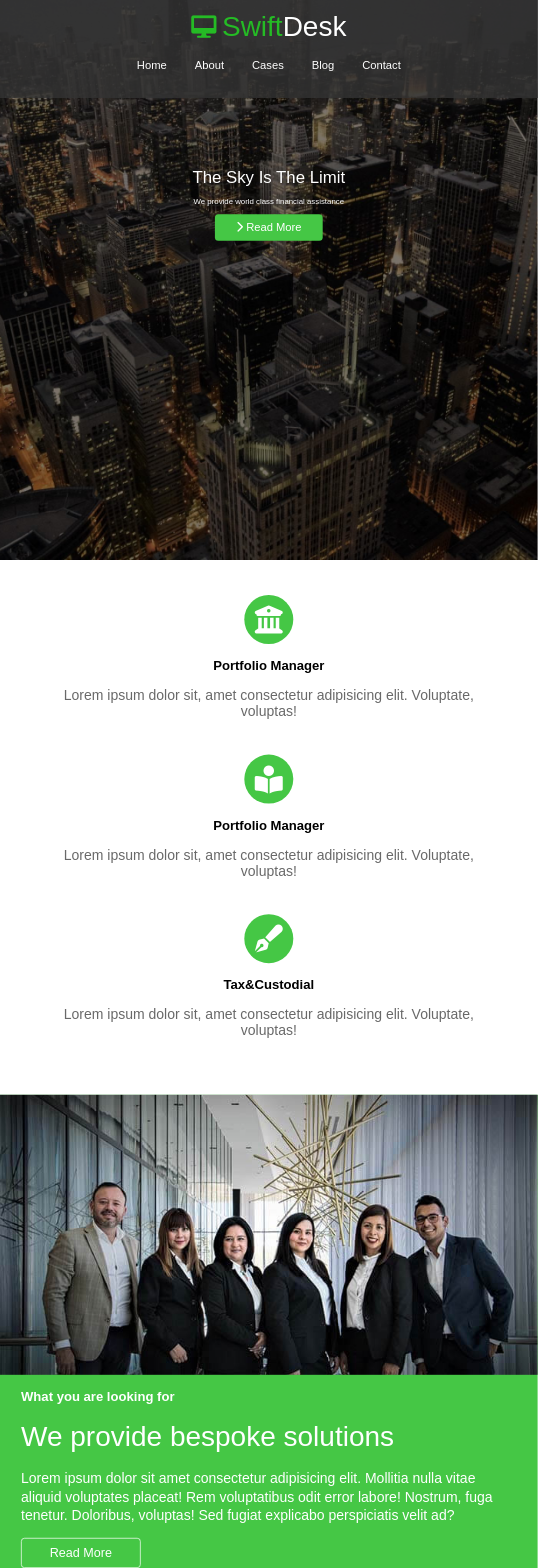
Repository: reemoon-ctrl/swiftdisk-Website-Flexbox
Page: index.html
These files come from the project's save history. The page is drawn as it stood at one moment and after a run of saves; the edit follows.
The browser window is 768 px wide. The page is 788 px wide, so the pictures cover 788 px, including what lies to the right of the window. The pictures show the part of the page from y = 0 to 2240 px (the page is 7003 px tall), at 70% of full size.
Some web fonts or font styles are not loaded; a fallback is used.

Above is the page before, as saved 2024-07-28 11:42:54.

After the next 2 saves:
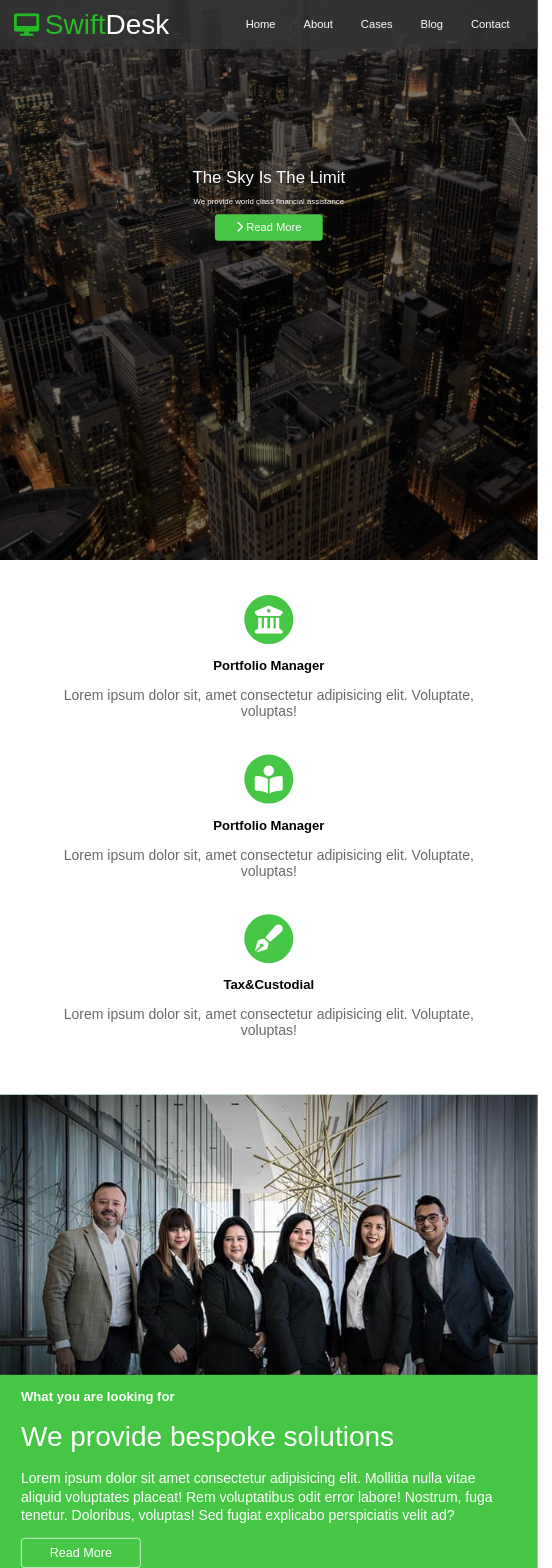
The 2 saves are shown as one change because they came seconds apart.
The last was saved 5 min 1 s later.
--- a/media.css
+++ b/media.css
@@ -1,4 +1,5 @@
 @media screen and (max-width:768px){
+    show-case
     .nav-bar{
         flex-direction: column;
         height:140px;

After the save that followed:
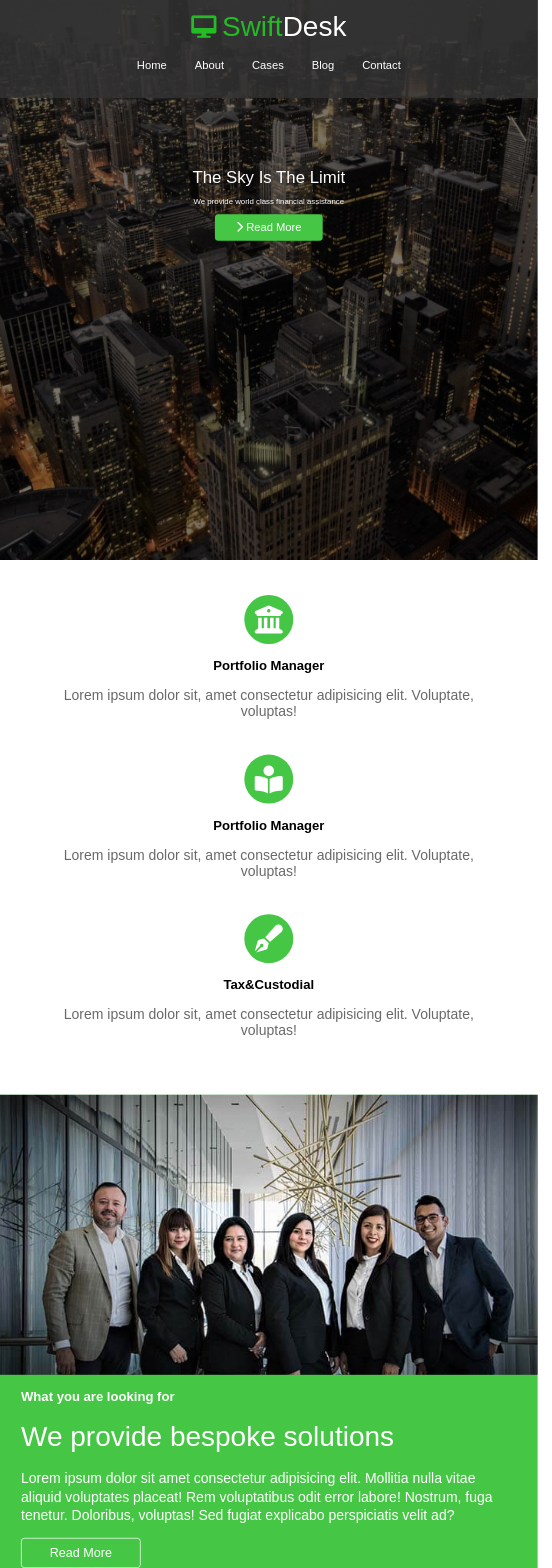
Saved 4 s later.
--- a/media.css
+++ b/media.css
@@ -1,5 +1,5 @@
 @media screen and (max-width:768px){
-    show-case
+    .show-case
     .nav-bar{
         flex-direction: column;
         height:140px;
